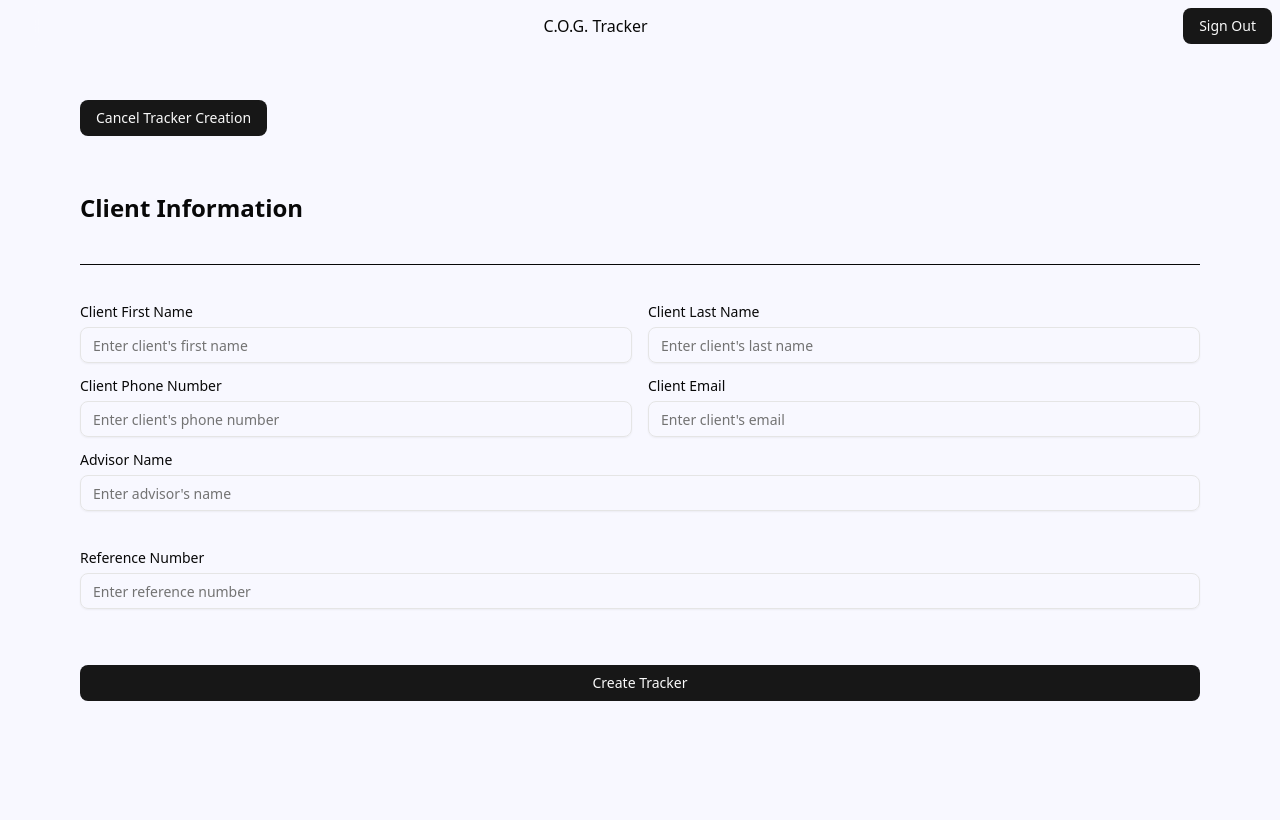
Repository: Renzo-Salosagcol/cog_tracker
Page: /dashboard/add-tracker
These files come from the project's save history. The page is drawn as it stood at one moment and after the next save; the edit follows.
The browser window is 1280 px wide. The pictures show the whole page.
The page's requests for data from a server got no answer. The project was rebuilt for these pictures with package versions that can differ from the ones it lists, and the page was loaded fresh each time. The framework's server and built-in components were replaced by stand-ins that run in the browser. No one was signed in, and anything a server would have sent is missing. Also part of the build but not shown: next.config.ts.

Above is the page before, as saved 2026-01-16 19:35:49.

### app/layout.tsx
import type { Metadata } from "next";
import { Geist, Geist_Mono } from "next/font/google";
import "./globals.css";

const geistSans = Geist({
  variable: "--font-geist-sans",
  subsets: ["latin"],
});

const geistMono = Geist_Mono({
  variable: "--font-geist-mono",
  subsets: ["latin"],
});

export const metadata: Metadata = {
  title: "COG Tracker",
  description: "COG tracker created to track client owned goods in a centralized and easily accessible way",
};

export default function RootLayout({
  children,
}: Readonly<{
  children: React.ReactNode;
}>) {
  return (
    <html lang="en">
      <body
        className={`${geistSans.variable} ${geistMono.variable} antialiased`}
      >
        {children}
      </body>
    </html>
  );
}

### app/dashboard/add-tracker/page.tsx
"use client";
import { Navbar } from "@/components/navbar";
import { Button } from "@/components/ui/button";
import { Separator } from "@/components/ui/separator";
import { Input } from "@/components/ui/input";
import { Label } from "@/components/ui/label";
import {
  Form,
  FormControl,
  FormDescription,
  FormField,
  FormItem,
  FormLabel,
  FormMessage,
} from "@/components/ui/form"

import { useRouter } from "next/navigation";
import { useState } from "react";
import { useForm } from "react-hook-form";
import { zodResolver } from "@hookform/resolvers/zod"
import z from "zod";

const productSchema = z.object({
  product_name: z.string().min(1, {
    message: "Product name is required.",}),
  product_sku: z.string().optional(),
  product_size: z.string().optional(),
  quantity: z.number().min(1, {
    message: "Quantity must be at least 1.",}),
});

const formSchema = z.object({
  client_first_name: z.string().min(1, {
    message: "Client first name is required.",
  }),
  client_last_name: z.string().min(1, {
    message: "Client last name is required.",
  }),
  client_phone_number: z.coerce.number().optional(),
  client_email: z
    .string()
    .email({
      message: "Email must be a valid email address.",
    })
    .optional(),
  advisor_name: z.string().min(1, {
    message: "Advisor name is required.",
  }),
  reference_number: z.coerce.number().min(1, {
    message: "Reference number is required.",
  }),
  products: z.array(productSchema).min(1, {
    message: "At least one product must be added.",
  }),
});


export default function AddTrackerPage() {
  const router = useRouter();
  const [manual_count, setManualCount] = useState(0);

  const incrementCount = () => {
    setManualCount(manual_count + 1);
  }

  const decrementCount = () => {
    if (manual_count > 0) {
      setManualCount(manual_count - 1);
    }
  }

  const moveToDashboardPage = () => {
    router.push(`/dashboard`);
  }

  const form = useForm({
    resolver: zodResolver(formSchema),
    defaultValues: {
      client_first_name: "",
      client_last_name: "",
      client_phone_number: "",
      client_email: "",
      advisor_name: "",
      reference_number: "",
      products: [],
    },
  })

  async function checkValue(formValues: z.infer<typeof formSchema>) {
    console.log(formValues.client_phone_number)
  }

  async function onSubmit(formValues: z.infer<typeof formSchema>) {
    console.log("testing");
    console.log(formValues.client_email);
  }


  return (
    <div className="root-page-element bg-background items-center justify-center p-10">
      <Navbar />
      <div className="w-full min-h-screen h-full flex flex-col gap-4 p-10 mt-5">
        <div className="mb-10 items-left w-full">
          <Button onClick={moveToDashboardPage}>Cancel Tracker Creation</Button>
        </div>
        <Form {... form}>
          <form onSubmit={form.handleSubmit(onSubmit)} className="space-y-4">
            <div className="flex flex-col gap-4 space-y-6">
              <Label className="text-2xl font-bold">Client Information</Label>
              <Separator className="space-y-4"/>
              <div className="grid grid-cols-2 gap-4">
                <FormField
                  control={form.control}
                  name="client_first_name"
                  render={({ field }) => (
                    <FormItem>
                      <FormLabel>Client First Name</FormLabel>
                      <FormControl>
                        <Input placeholder="Enter client's first name" {...field} />
                      </FormControl>
                    </FormItem>
                  )}
                />
                <FormField
                  control={form.control}
                  name="client_last_name"
                  render={({ field }) => (
                    <FormItem>
                      <FormLabel>Client Last Name</FormLabel>
                      <FormControl>
                        <Input placeholder="Enter client's last name" {...field} />
                      </FormControl>
                    </FormItem>
                  )}
                />
                <FormField
                  control={form.control}
                  name="client_phone_number"
                  render={({ field }) => (
                    <FormItem>
                      <FormLabel>Client Phone Number</FormLabel>
                      <FormControl>
                        <Input
                          type="number"
                          placeholder="Enter client's phone number"
                          {...field}
                        />
                      </FormControl>
                    </FormItem>
                  )}
                />
                <FormField
                  control={form.control}
                  name="client_email"
                  render={({ field }) => (
                    <FormItem>
                      <FormLabel>Client Email</FormLabel>
                      <FormControl>
                        <Input placeholder="Enter client's email" {...field} />
                      </FormControl>
                    </FormItem>
                  )}
                />
              </div>
            </div>
            <div className="flex flex-col gap-4 space-y-6">

              <FormField
                control={form.control}
                name="advisor_name"
                render={({ field }) => (
                  <FormItem>
                    <FormLabel>Advisor Name</FormLabel>
                    <FormControl>
                      <Input placeholder="Enter advisor's name" {...field} />
                    </FormControl>
                  </FormItem>
                )}
              />
              <FormField
              control={form.control}
              name="reference_number"
              render={({ field }) => (
                  <FormItem>
                    <FormLabel>Reference Number</FormLabel>
                    <FormControl>
                      <Input
                        type="number"
                        placeholder="Enter reference number"
                        {...field}
                      />
                    </FormControl>
                  </FormItem>
                )}
              />
            </div>
            <Button type="submit" className="w-full mt-10">Create Tracker</Button>
          </form>
        </Form>
      </div>
    </div>
  );
}

### app/globals.css
@import "tailwindcss";
@import "tw-animate-css";

@custom-variant dark (&:is(.dark *));

@theme inline {
  --radius-sm: calc(var(--radius) - 4px);
  --radius-md: calc(var(--radius) - 2px);
  --radius-lg: var(--radius);
  --radius-xl: calc(var(--radius) + 4px);
  --radius-2xl: calc(var(--radius) + 8px);
  --radius-3xl: calc(var(--radius) + 12px);
  --radius-4xl: calc(var(--radius) + 16px);
  --color-background: var(--background);
  --color-foreground: var(--foreground);
  --color-card: var(--card);
  --color-card-foreground: var(--card-foreground);
  --color-popover: var(--popover);
  --color-popover-foreground: var(--popover-foreground);
  --color-primary: var(--primary);
  --color-primary-foreground: var(--primary-foreground);
  --color-secondary: var(--secondary);
  --color-secondary-foreground: var(--secondary-foreground);
  --color-muted: var(--muted);
  --color-muted-foreground: var(--muted-foreground);
  --color-accent: var(--accent);
  --color-accent-foreground: var(--accent-foreground);
  --color-destructive: var(--destructive);
  --color-border: var(--border);
  --color-input: var(--input);
  --color-ring: var(--ring);
  --color-chart-1: var(--chart-1);
  --color-chart-2: var(--chart-2);
  --color-chart-3: var(--chart-3);
  --color-chart-4: var(--chart-4);
  --color-chart-5: var(--chart-5);
  --color-sidebar: var(--sidebar);
  --color-sidebar-foreground: var(--sidebar-foreground);
  --color-sidebar-primary: var(--sidebar-primary);
  --color-sidebar-primary-foreground: var(--sidebar-primary-foreground);
  --color-sidebar-accent: var(--sidebar-accent);
  --color-sidebar-accent-foreground: var(--sidebar-accent-foreground);
  --color-sidebar-border: var(--sidebar-border);
  --color-sidebar-ring: var(--sidebar-ring);
  --color-facebook: var(--facebook-blue);
}

:root {
  --radius: 0.625rem;
  --background: #f8f8ff; /* Ghost White */
  --foreground: #080808; /* Vampire Black */
  --card: oklch(1 0 0);
  --card-foreground: oklch(0.145 0 0);
  --popover: oklch(1 0 0);
  --popover-foreground: oklch(0.145 0 0);
  --primary: oklch(0.205 0 0);
  --primary-foreground: oklch(0.985 0 0);
  --secondary: oklch(0.97 0 0);
  --secondary-foreground: oklch(0.205 0 0);
  --muted: oklch(0.97 0 0);
  --muted-foreground: oklch(0.556 0 0);
  --accent: oklch(0.97 0 0);
  --accent-foreground: oklch(0.205 0 0);
  --destructive: oklch(0.577 0.245 27.325);
  --border: oklch(0.922 0 0);
  --input: oklch(0.922 0 0);
  --ring: oklch(0.708 0 0);
  --chart-1: oklch(0.646 0.222 41.116);
  --chart-2: oklch(0.6 0.118 184.704);
  --chart-3: oklch(0.398 0.07 227.392);
  --chart-4: oklch(0.828 0.189 84.429);
  --chart-5: oklch(0.769 0.188 70.08);
  --sidebar: oklch(0.985 0 0);
  --sidebar-foreground: oklch(0.145 0 0);
  --sidebar-primary: oklch(0.205 0 0);
  --sidebar-primary-foreground: oklch(0.985 0 0);
  --sidebar-accent: oklch(0.97 0 0);
  --sidebar-accent-foreground: oklch(0.205 0 0);
  --sidebar-border: oklch(0.922 0 0);
  --sidebar-ring: oklch(0.708 0 0);
  --facebook-blue: #0165E1;
}

.dark {
  --background: #080808; /* Vampire Black */
  --foreground: #f8f8ff; /* Ghost White */
  --card: oklch(0.205 0 0);
  --card-foreground: oklch(0.985 0 0);
  --popover: oklch(0.205 0 0);
  --popover-foreground: oklch(0.985 0 0);
  --primary: oklch(0.922 0 0);
  --primary-foreground: oklch(0.205 0 0);
  --secondary: oklch(0.269 0 0);
  --secondary-foreground: oklch(0.985 0 0);
  --muted: oklch(0.269 0 0);
  --muted-foreground: oklch(0.708 0 0);
  --accent: oklch(0.269 0 0);
  --accent-foreground: oklch(0.985 0 0);
  --destructive: oklch(0.704 0.191 22.216);
  --border: oklch(1 0 0 / 10%);
  --input: oklch(1 0 0 / 15%);
  --ring: oklch(0.556 0 0);
  --chart-1: oklch(0.488 0.243 264.376);
  --chart-2: oklch(0.696 0.17 162.48);
  --chart-3: oklch(0.769 0.188 70.08);
  --chart-4: oklch(0.627 0.265 303.9);
  --chart-5: oklch(0.645 0.246 16.439);
  --sidebar: oklch(0.205 0 0);
  --sidebar-foreground: oklch(0.985 0 0);
  --sidebar-primary: oklch(0.488 0.243 264.376);
  --sidebar-primary-foreground: oklch(0.985 0 0);
  --sidebar-accent: oklch(0.269 0 0);
  --sidebar-accent-foreground: oklch(0.985 0 0);
  --sidebar-border: oklch(1 0 0 / 10%);
  --sidebar-ring: oklch(0.556 0 0);
  --facebook-blue: #0165E1;
}

@layer base {
  * {
    @apply border-border outline-ring/50;
  }
  body {
    @apply bg-background text-foreground;
  }
}

@utility root-page-element {
  @apply min-h-screen flex flex-col items-center justify-center top-0 left-0 w-full;
}

@utility glassmorphism {
  @apply bg-background/70 backdrop-blur-lg
}

### components/navbar.tsx
import { supabase } from "@/lib/supabase"
import { Button } from "./ui/button"
import { getUserInformation } from "@/lib/supabase"
import { useRouter } from "next/navigation";
import { useState, useEffect } from "react";

export const Navbar = () => {
  const router = useRouter();
  const [user, setUser] = useState(null);

  useEffect(() => {
    const getUser = async () => {
      const supabaseUser = await getUserInformation();
      setUser(supabaseUser);
    };
    getUser();
  }, []);

  async function signOut() {
    let { error } = await supabase.auth.signOut()
  }

  useEffect(() => {
    const { data: { subscription } } = supabase.auth.onAuthStateChange((event, session) => {
      if (event == "SIGNED_OUT") {
          router.push("/");
      }
    });
    return () => subscription?.unsubscribe();
  }, [router]);

  return (
    <nav className="top-0 left-0 w-full glassmorphism fixed">
      <div className="flex flex-row items-center justify-between p-2">
        <div>{user?.email}</div>
        <h1>C.O.G. Tracker</h1>
        <Button onClick={signOut}>Sign Out</Button>
      </div>
    </nav>
  )
}

### components/ui/button.tsx
import * as React from "react"
import { Slot } from "@radix-ui/react-slot"
import { cva, type VariantProps } from "class-variance-authority"

import { cn } from "@/lib/utils"

const buttonVariants = cva(
  "inline-flex items-center justify-center gap-2 whitespace-nowrap rounded-md text-sm font-medium transition-all disabled:pointer-events-none disabled:opacity-50 [&_svg]:pointer-events-none [&_svg:not([class*='size-'])]:size-4 shrink-0 [&_svg]:shrink-0 outline-none focus-visible:border-ring focus-visible:ring-ring/50 focus-visible:ring-[3px] aria-invalid:ring-destructive/20 dark:aria-invalid:ring-destructive/40 aria-invalid:border-destructive cursor-pointer",
  {
    variants: {
      variant: {
        default: "bg-primary text-primary-foreground hover:bg-primary/90",
        destructive:
          "bg-destructive text-white hover:bg-destructive/90 focus-visible:ring-destructive/20 dark:focus-visible:ring-destructive/40 dark:bg-destructive/60",
        outline:
          "border bg-background shadow-xs hover:bg-accent hover:text-accent-foreground dark:bg-input/30 dark:border-input dark:hover:bg-input/50",
        secondary:
          "bg-secondary text-secondary-foreground hover:bg-secondary/80",
        ghost:
          "hover:bg-accent hover:text-accent-foreground dark:hover:bg-accent/50",
        link: "text-primary underline-offset-4 hover:underline",
        facebook: "bg-facebook text-white hover:bg-facebook/90",
      },
      size: {
        default: "h-9 px-4 py-2 has-[>svg]:px-3",
        sm: "h-8 rounded-md gap-1.5 px-3 has-[>svg]:px-2.5",
        lg: "h-10 rounded-md px-6 has-[>svg]:px-4",
        icon: "size-9",
        "icon-sm": "size-8",
        "icon-lg": "size-10",
      },
    },
    defaultVariants: {
      variant: "default",
      size: "default",
    },
  }
)

function Button({
  className,
  variant = "default",
  size = "default",
  asChild = false,
  ...props
}: React.ComponentProps<"button"> &
  VariantProps<typeof buttonVariants> & {
    asChild?: boolean
  }) {
  const Comp = asChild ? Slot : "button"

  return (
    <Comp
      data-slot="button"
      data-variant={variant}
      data-size={size}
      className={cn(buttonVariants({ variant, size, className }))}
      {...props}
    />
  )
}

export { Button, buttonVariants }

### components/ui/separator.tsx
"use client"

import * as React from "react"
import * as SeparatorPrimitive from "@radix-ui/react-separator"

import { cn } from "@/lib/utils"

function Separator({
  className,
  orientation = "horizontal",
  decorative = true,
  ...props
}: React.ComponentProps<typeof SeparatorPrimitive.Root>) {
  return (
    <SeparatorPrimitive.Root
      data-slot="separator"
      decorative={decorative}
      orientation={orientation}
      className={cn(
        "bg-foreground shrink-0 data-[orientation=horizontal]:h-px data-[orientation=horizontal]:w-full data-[orientation=vertical]:h-full data-[orientation=vertical]:w-px",
        className
      )}
      {...props}
    />
  )
}

export { Separator }

### components/ui/input.tsx
import * as React from "react"

import { cn } from "@/lib/utils"

function Input({ className, type, ...props }: React.ComponentProps<"input">) {
  return (
    <input
      type={type}
      data-slot="input"
      className={cn(
        "file:text-foreground placeholder:text-muted-foreground selection:bg-primary selection:text-primary-foreground dark:bg-input/30 border-input h-9 w-full min-w-0 rounded-md border bg-transparent px-3 py-1 text-base shadow-xs transition-[color,box-shadow] outline-none file:inline-flex file:h-7 file:border-0 file:bg-transparent file:text-sm file:font-medium disabled:pointer-events-none disabled:cursor-not-allowed disabled:opacity-50 md:text-sm",
        "focus-visible:border-ring focus-visible:ring-ring/50 focus-visible:ring-[3px]",
        "aria-invalid:ring-destructive/20 dark:aria-invalid:ring-destructive/40 aria-invalid:border-destructive",
        className
      )}
      {...props}
    />
  )
}

export { Input }

### components/ui/form.tsx
"use client"

import * as React from "react"
import type * as LabelPrimitive from "@radix-ui/react-label"
import { Slot } from "@radix-ui/react-slot"
import {
  Controller,
  FormProvider,
  useFormContext,
  useFormState,
  type ControllerProps,
  type FieldPath,
  type FieldValues,
} from "react-hook-form"

import { cn } from "@/lib/utils"
import { Label } from "@/components/ui/label"

const Form = FormProvider

type FormFieldContextValue<
  TFieldValues extends FieldValues = FieldValues,
  TName extends FieldPath<TFieldValues> = FieldPath<TFieldValues>,
> = {
  name: TName
}

const FormFieldContext = React.createContext<FormFieldContextValue>(
  {} as FormFieldContextValue
)

const FormField = <
  TFieldValues extends FieldValues = FieldValues,
  TName extends FieldPath<TFieldValues> = FieldPath<TFieldValues>,
>({
  ...props
}: ControllerProps<TFieldValues, TName>) => {
  return (
    <FormFieldContext.Provider value={{ name: props.name }}>
      <Controller {...props} />
    </FormFieldContext.Provider>
  )
}

const useFormField = () => {
  const fieldContext = React.useContext(FormFieldContext)
  const itemContext = React.useContext(FormItemContext)
  const { getFieldState } = useFormContext()
  const formState = useFormState({ name: fieldContext.name })
  const fieldState = getFieldState(fieldContext.name, formState)

  if (!fieldContext) {
    throw new Error("useFormField should be used within <FormField>")
  }

  const { id } = itemContext

  return {
    id,
    name: fieldContext.name,
    formItemId: `${id}-form-item`,
    formDescriptionId: `${id}-form-item-description`,
    formMessageId: `${id}-form-item-message`,
    ...fieldState,
  }
}

type FormItemContextValue = {
  id: string
}

const FormItemContext = React.createContext<FormItemContextValue>(
  {} as FormItemContextValue
)

function FormItem({ className, ...props }: React.ComponentProps<"div">) {
  const id = React.useId()

  return (
    <FormItemContext.Provider value={{ id }}>
      <div
        data-slot="form-item"
        className={cn("grid gap-2", className)}
        {...props}
      />
    </FormItemContext.Provider>
  )
}

function FormLabel({
  className,
  ...props
}: React.ComponentProps<typeof LabelPrimitive.Root>) {
  const { error, formItemId } = useFormField()

  return (
    <Label
      data-slot="form-label"
      data-error={!!error}
      className={cn("data-[error=true]:text-destructive", className)}
      htmlFor={formItemId}
      {...props}
    />
  )
}

function FormControl({ ...props }: React.ComponentProps<typeof Slot>) {
  const { error, formItemId, formDescriptionId, formMessageId } = useFormField()

  return (
    <Slot
      data-slot="form-control"
      id={formItemId}
      aria-describedby={
        !error
          ? `${formDescriptionId}`
          : `${formDescriptionId} ${formMessageId}`
      }
      aria-invalid={!!error}
      {...props}
    />
  )
}

function FormDescription({ className, ...props }: React.ComponentProps<"p">) {
  const { formDescriptionId } = useFormField()

  return (
    <p
      data-slot="form-description"
      id={formDescriptionId}
      className={cn("text-muted-foreground text-sm", className)}
      {...props}
    />
  )
}

function FormMessage({ className, ...props }: React.ComponentProps<"p">) {
  const { error, formMessageId } = useFormField()
  const body = error ? String(error?.message ?? "") : props.children

  if (!body) {
    return null
  }

  return (
    <p
      data-slot="form-message"
      id={formMessageId}
      className={cn("text-destructive text-sm", className)}
      {...props}
    >
      {body}
    </p>
  )
}

export {
  useFormField,
  Form,
  FormItem,
  FormLabel,
  FormControl,
  FormDescription,
  FormMessage,
  FormField,
}

### lib/supabase.ts
import { createClient } from '@supabase/supabase-js';

const supabaseUrl = process.env.NEXT_PUBLIC_SUPABASE_URL;
const supabaseAnonKey = process.env.NEXT_PUBLIC_SUPABASE_ANON_KEY;

export const supabase = createClient(supabaseUrl, supabaseAnonKey);

export async function getUserInformation() {
  const { data: { user } } = await supabase.auth.getUser()

  return user;
}

Loaded but not shown: components/ui/label.tsx (common file); lib/utils.ts (common file)

After the next save:
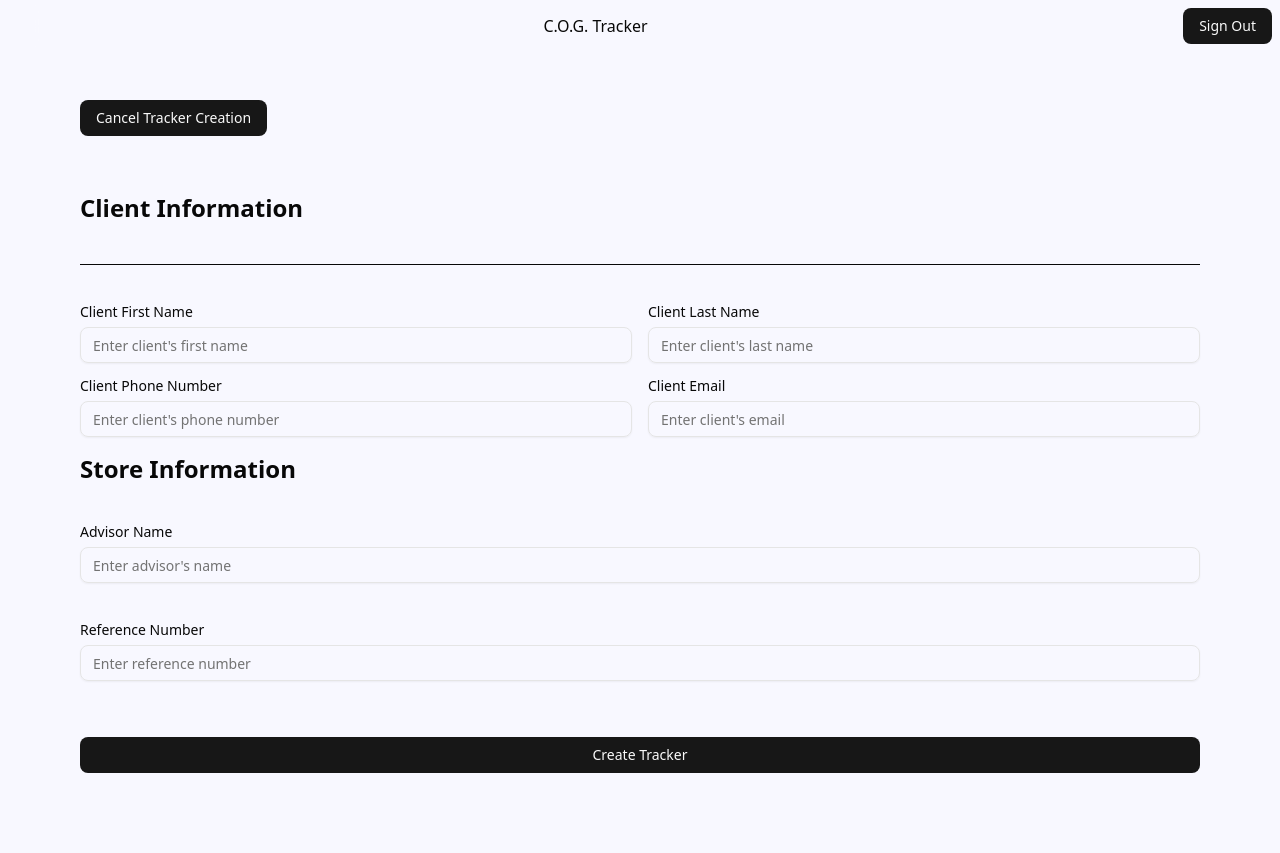
Saved 13 s later.
--- a/app/dashboard/add-tracker/page.tsx
+++ b/app/dashboard/add-tracker/page.tsx
@@ -164,7 +164,7 @@ export default function AddTrackerPage() {
               </div>
             </div>
             <div className="flex flex-col gap-4 space-y-6">
-
+              <Label className="text-2xl font-bold">Store Information</Label>
               <FormField
                 control={form.control}
                 name="advisor_name"
